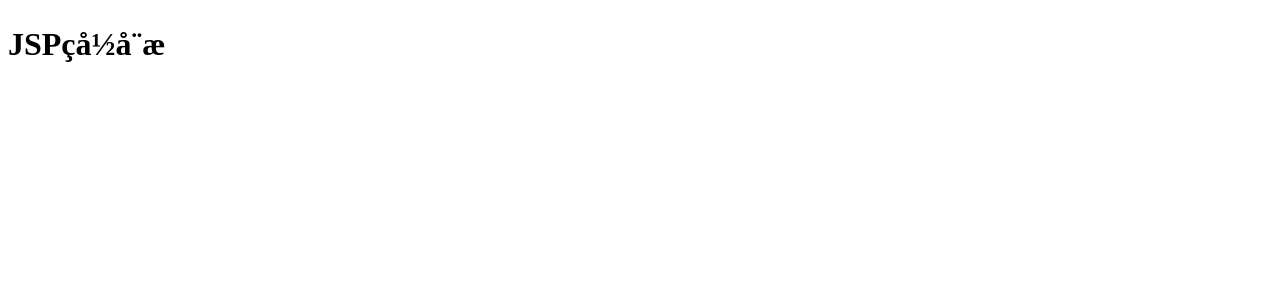
Repository: LauJoeng/JavaEE
Page: http://localhost/JspLifeCycleDemo/
The author's editor kept a copy of each file at every save. The page is drawn from the files as they stood at one save, then again after the next save.
The browser window is 1280 px wide. The pictures show the whole page.
The page is served by Tomcat 9.

Above is the page before, as saved 2017-11-19 08:30:31.

After the next save:
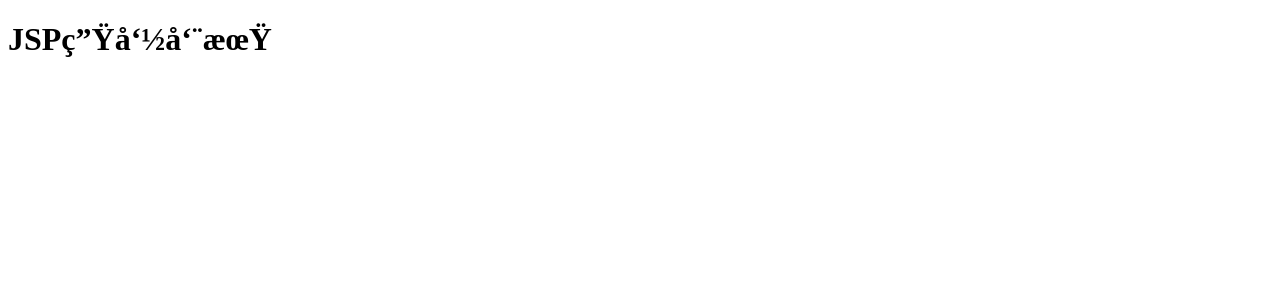
Saved 108 s later.
--- a/JspLifeCycleDemo/WebContent/index.jsp
+++ b/JspLifeCycleDemo/WebContent/index.jsp
@@ -1,4 +1,4 @@
-<%@ page language="java" contentType="text/html; charset=utf-8"
+<%@ page language="java" contentType="text/html; charset=ISO-8859-1"
     pageEncoding="ISO-8859-1"%>
 <!DOCTYPE html PUBLIC "-//W3C//DTD HTML 4.01 Transitional//EN" "http://www.w3.org/TR/html4/loose.dtd">
 <html>
